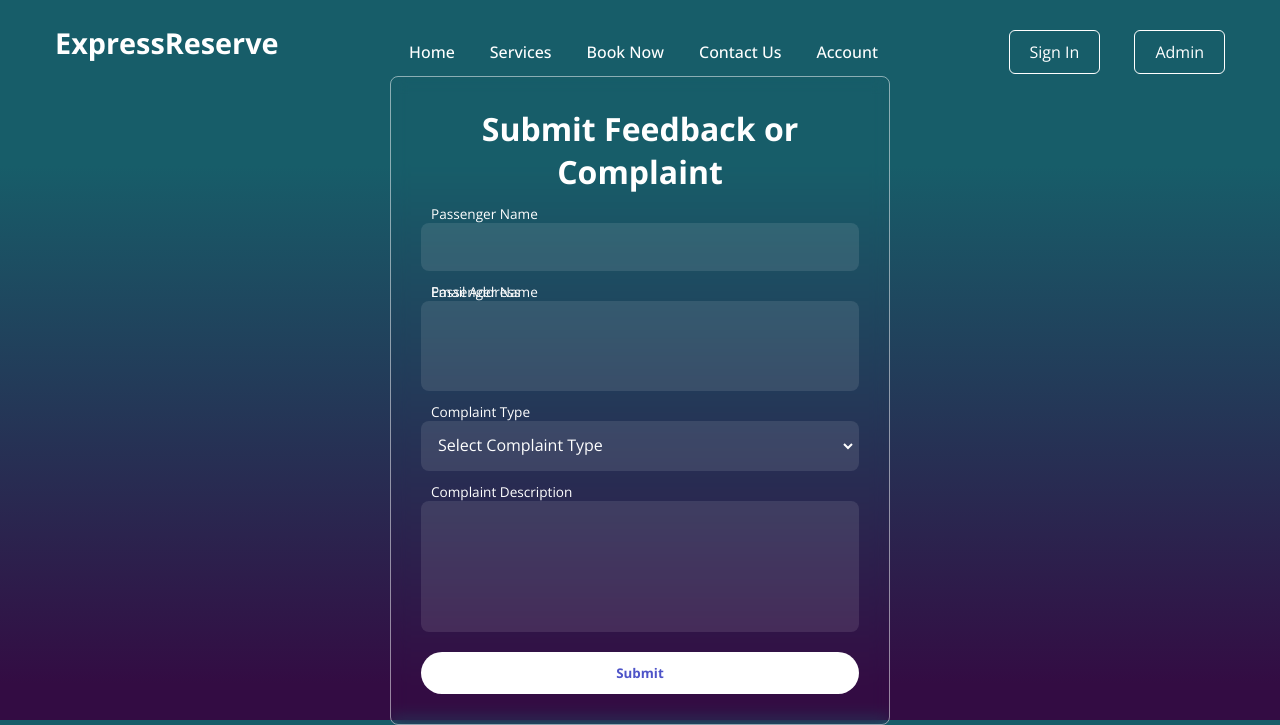
Repository: AmodhyaSharinda/Train-Reservation-system
Page: http://localhost/Train_reserve/ContactUs.jsp
The author's editor kept a copy of each file at every save. The page is drawn from the files as they stood at one save, then again after the next save.
The browser window is 1280 px wide. The pictures show the whole page.
The page is served by Tomcat 9.

Above is the page before, as saved 2024-10-08 09:20:38.

After the next save:
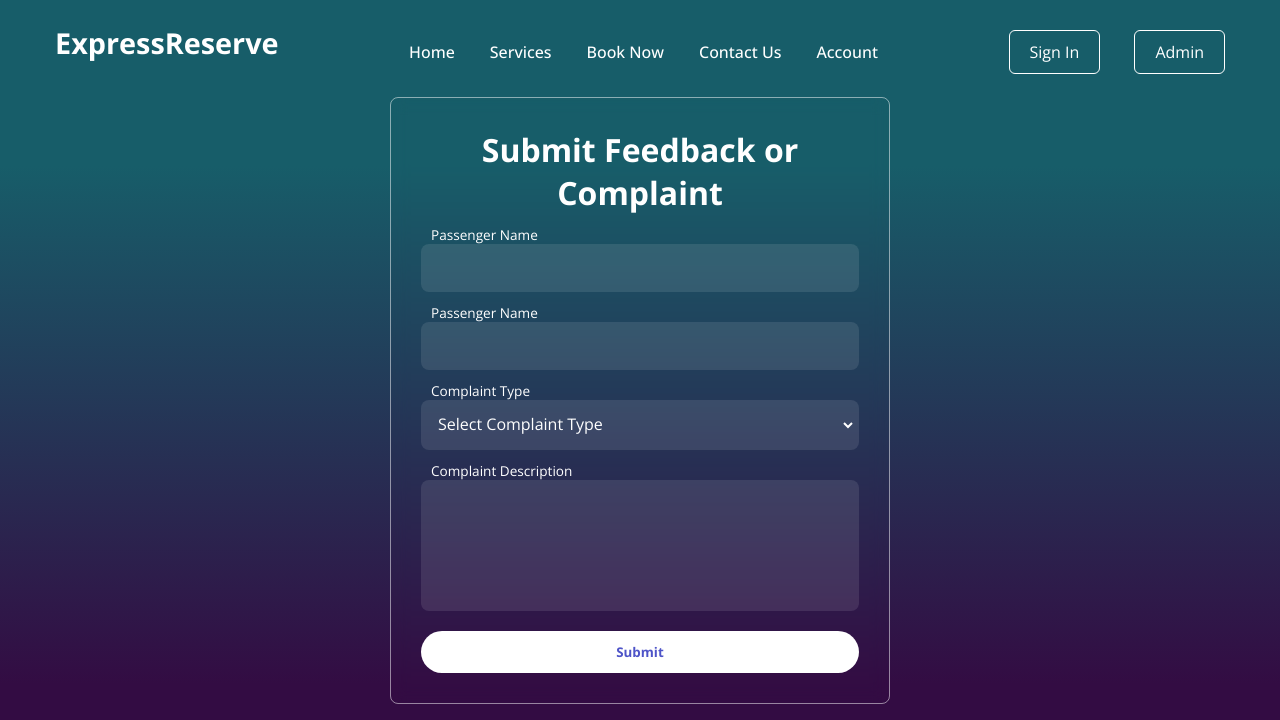
Saved 8 s later.
--- a/Train reserve/src/main/webapp/ContactUs.jsp
+++ b/Train reserve/src/main/webapp/ContactUs.jsp
@@ -172,8 +172,6 @@ button:hover {
 		    <div class="input-field">
 		    	<input type="text" name="PassengerEmail" required autocomplete="off" value="<%= session.getAttribute("email") != null ? session.getAttribute("email") : "" %>" readonly>
 			    <label>Passenger Name</label>
-		        <input type="email" name="" required autocomplete="off">
-		        <label>Email Address</label>
 		    </div>
 		    <div class="input-field">
 		        <select id="complaintType" name="complaintType" required>
